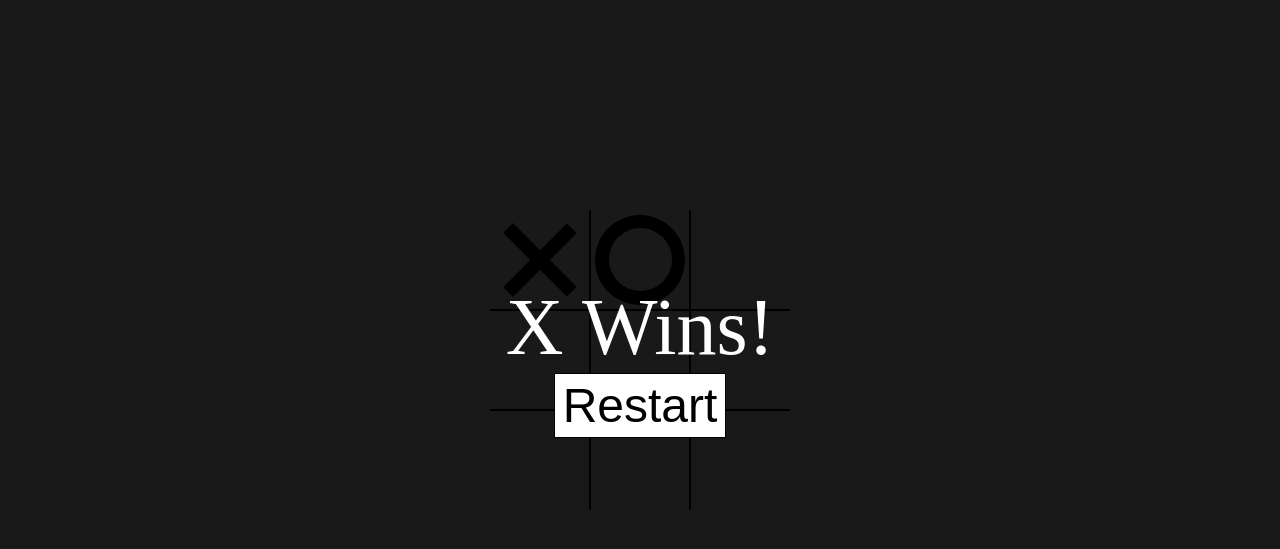
Repository: divya2/tic-toc-toe
Page: index.html
The author's editor kept a copy of each file at every save. The page is drawn from the files as they stood at one save, then again after the next save.
The browser window is 1280 px wide. The pictures show the whole page.

Above is the page before, as saved 2020-10-29 23:05:25.
Not found: script.js

After the next save:
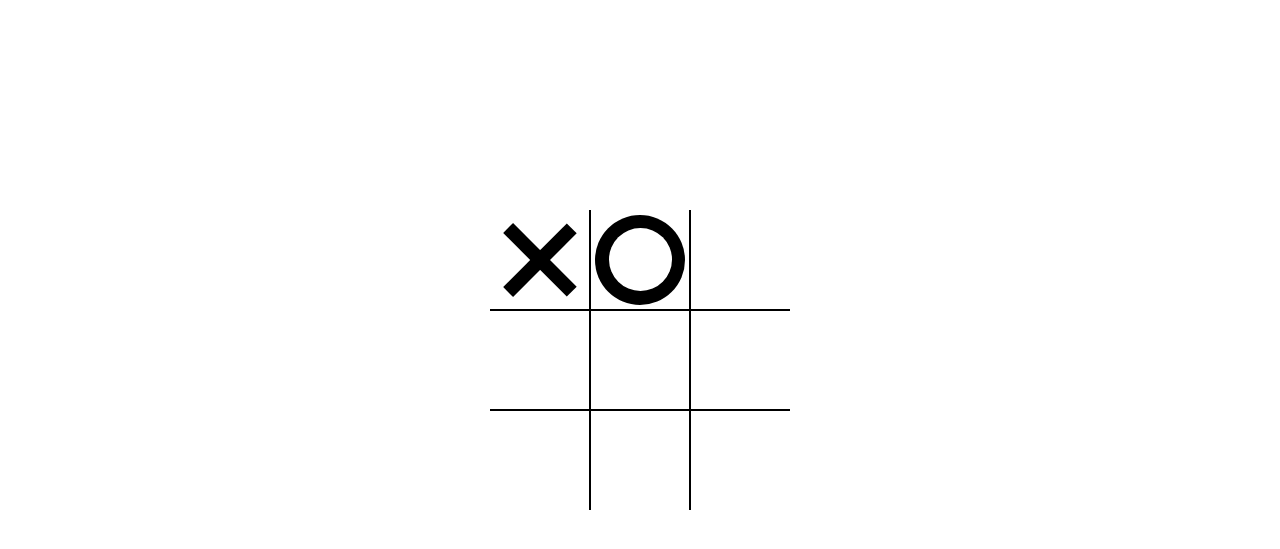
Saved 54 s later.
--- a/styles.css
+++ b/styles.css
@@ -121,7 +121,6 @@ body {
     right:0;
     bottom: 0;
     background-color: rgba(0, 0, 0, .9);
-    display: flex;
     justify-content: center;
     align-items: center;
     color: white;
@@ -142,3 +141,7 @@ body {
     border-color: white;
     color: white;
 }
+
+.winning-message.show{
+    display: flex;
+}
